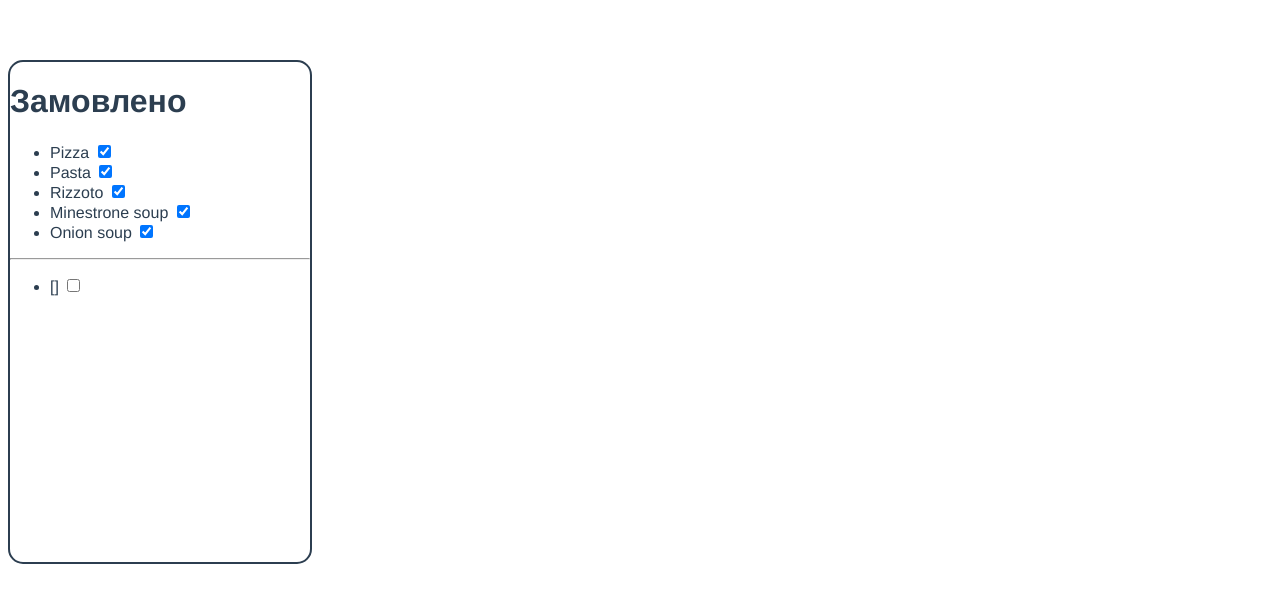
Repository: Salexandraa/HOME_Subotina
Page: / (app in order-list/)
An editor plug-in stored every save of this project. The page is shown before and after the next save, followed by the edit.
The browser window is 1280 px wide. The pictures show the whole page.
The project was rebuilt for these pictures with package versions that can differ from the ones it lists, and the page was loaded fresh each time.

Above is the page before, as saved 2020-10-09 14:07:46.

After the next save:
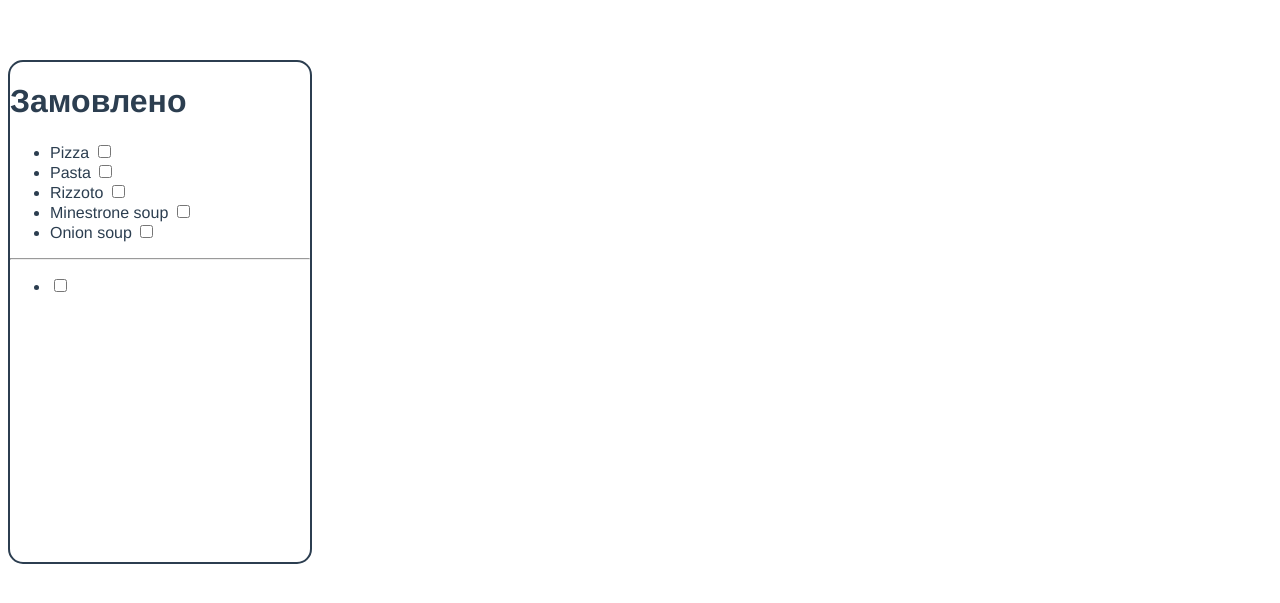
Saved 14 s later.
--- a/order-list/src/components/CheckList/Reserved/index.vue
+++ b/order-list/src/components/CheckList/Reserved/index.vue
@@ -40,7 +40,7 @@
             },
             data() {
                 return {
-                    chekedNames: '[]'
+                    chekedNames: ''
                 }
 
 
